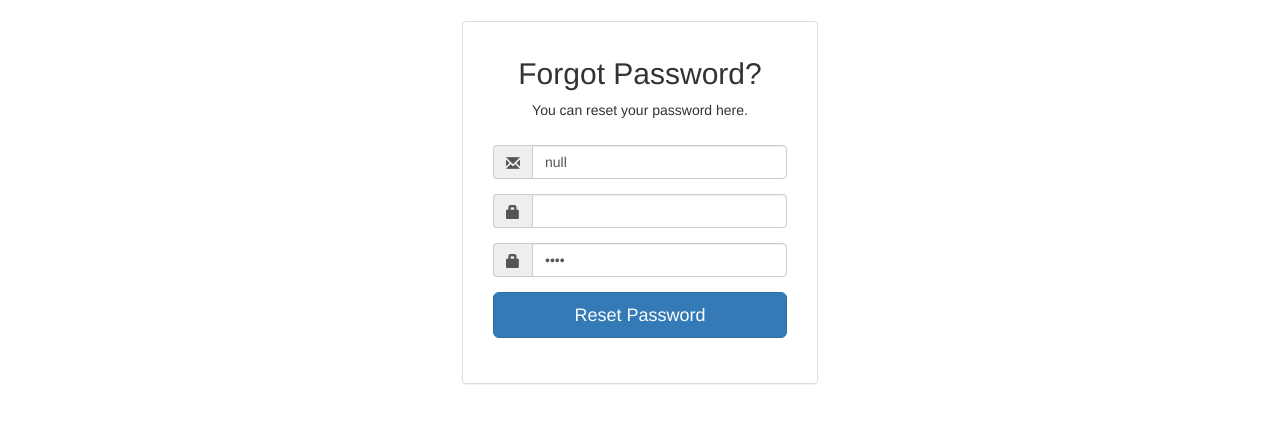
Repository: jayakumar721/projects
Page: http://localhost/TestEngine/reset.jsp
An editor plug-in stored every save of this project. The page is shown before and after the next save, followed by the edit.
The browser window is 1280 px wide. The pictures show the whole page.
Some web libraries are served in a nearby version. The page is served by Tomcat 9. Other server files are loaded and not shown.

Above is the page before, as saved 2017-11-27 06:59:01.

### TestEngine/WebContent/reset.jsp
<%@ page language="java" contentType="text/html; charset=UTF-8"
    pageEncoding="UTF-8"%>
<!DOCTYPE html PUBLIC "-//W3C//DTD HTML 4.01 Transitional//EN" "http://www.w3.org/TR/html4/loose.dtd">
<html>
<head>
<meta http-equiv="Content-Type" content="text/html; charset=UTF-8">
<title>reset</title>
<link rel="stylesheet"
	href="https://maxcdn.bootstrapcdn.com/bootstrap/3.3.7/css/bootstrap.min.css">

<!-- jQuery library -->
<script
	src="https://ajax.googleapis.com/ajax/libs/jquery/3.2.1/jquery.min.js"></script>
<script src="vendor/jquery-validation/dist/jquery.validate.min.js"></script>

<!-- Latest compiled JavaScript -->
<script
	src="https://maxcdn.bootstrapcdn.com/bootstrap/3.3.7/js/bootstrap.min.js"></script>

<style type="text/css">
.container {
	padding: 20px;
	border-radius: 10px;
	position: absolute;
	border: 1px solid #fff;
	margin: auto;
	top: 0;
	right: 0;
	bottom: 0;
	left: 0;
}
</style>
</head>
<body>
<div class="form-gap"></div>
	<div class="container">
		<div class="row">
			<div class="col-md-4 col-md-offset-4">
				<div class="panel panel-default">
					<div class="panel-body">
						<div class="text-center">
							<h3>
								<i class="fa fa-lock fa-4x"></i>
							</h3>
							<h2 class="text-center">Forgot Password?</h2>
							<p>You can reset your password here.</p>
							<div class="panel-body">

								<form id="register-form" role="form" autocomplete="off" action="UserValidateServlet"
									class="form" method="post">

									<div class="form-group">
										<div class="input-group">
											<span class="input-group-addon"><i
												class="glyphicon glyphicon-envelope color-blue"></i></span> <input
												id="email" name="email" value="<%=session.getAttribute("email") %>"
												class="form-control" type="email">
										</div>
									</div>
									<div class="form-group">
										<div class="input-group">
											<span class="input-group-addon"><i
												class="glyphicon glyphicon-lock color-blue"></i></span> <input
												id="email" name="email"
												class="form-control" type="password">
										</div>
									</div>
									<div class="form-group">
										<div class="input-group">
											<span class="input-group-addon"><i
												class="glyphicon glyphicon-lock color-blue"></i></span> <input
												id="confirm-password" name="confirm-password" value="<%=session.getAttribute("email") %>"
												class="form-control" type="password">
										</div>
									</div>
									<div class="form-group">
										<input name="recover-submit"
											class="btn btn-lg btn-primary btn-block"
											value="Reset Password" type="submit">
									</div>

									<input type="hidden" class="hide" name="token" id="token"
										value="forgot">
								</form>

							</div>
						</div>
					</div>
				</div>
			</div>
		</div>
	</div>
</body>
</html>

After the next save:
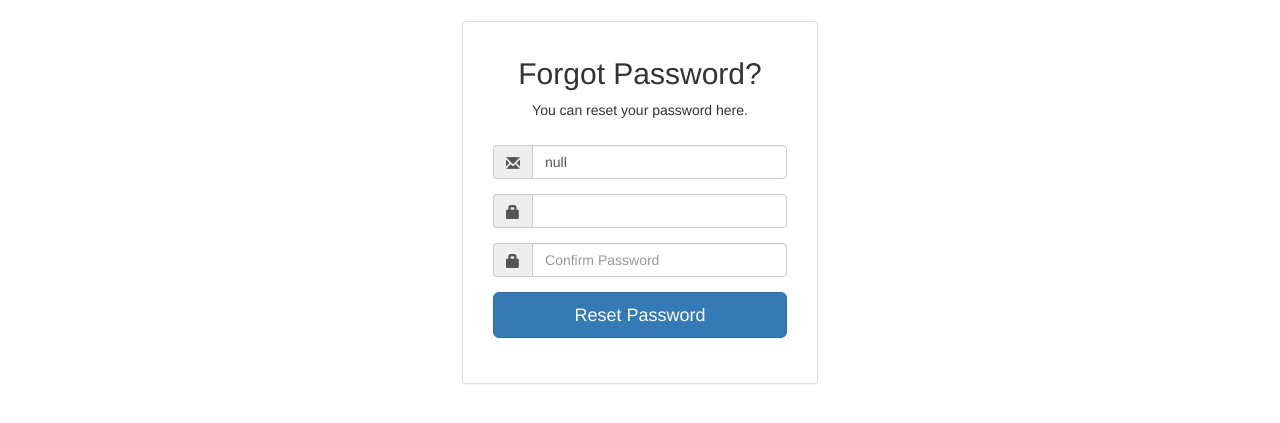
Saved 30 s later.
--- a/TestEngine/WebContent/reset.jsp
+++ b/TestEngine/WebContent/reset.jsp
@@ -69,7 +69,7 @@
 										<div class="input-group">
 											<span class="input-group-addon"><i
 												class="glyphicon glyphicon-lock color-blue"></i></span> <input
-												id="confirm-password" name="confirm-password" value="<%=session.getAttribute("email") %>"
+												id="confirm-password" name="confirm-password" placeholder="Confirm Password"
 												class="form-control" type="password">
 										</div>
 									</div>
